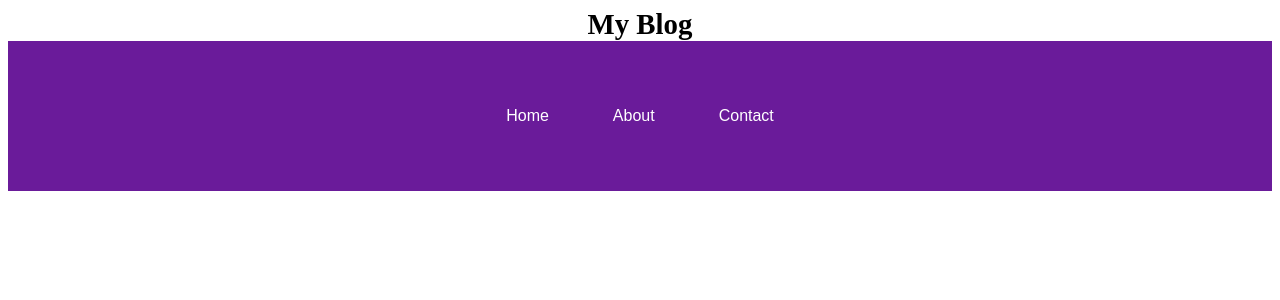
Repository: Femi007-gh/BLOG
Page: index.html
An editor plug-in stored every save of this project. The page is shown before and after the next save, followed by the edit.
The browser window is 1280 px wide. The pictures show the whole page.

Above is the page before, as saved 2025-01-08 07:30:36.

After the next save:
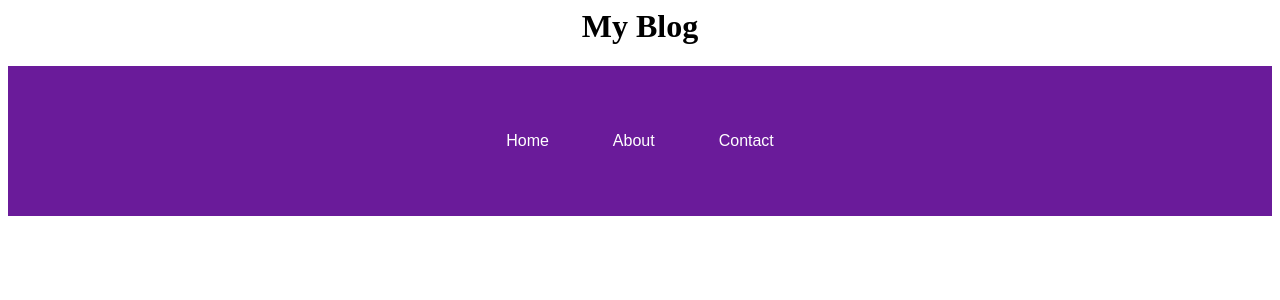
Saved 10 s later.
--- a/style.css
+++ b/style.css
@@ -28,7 +28,7 @@ nav {
     }
 
     h1 {
-      margin: 0;
+      margin:
       font-size: 1.8rem;
 
       text-align: center;
